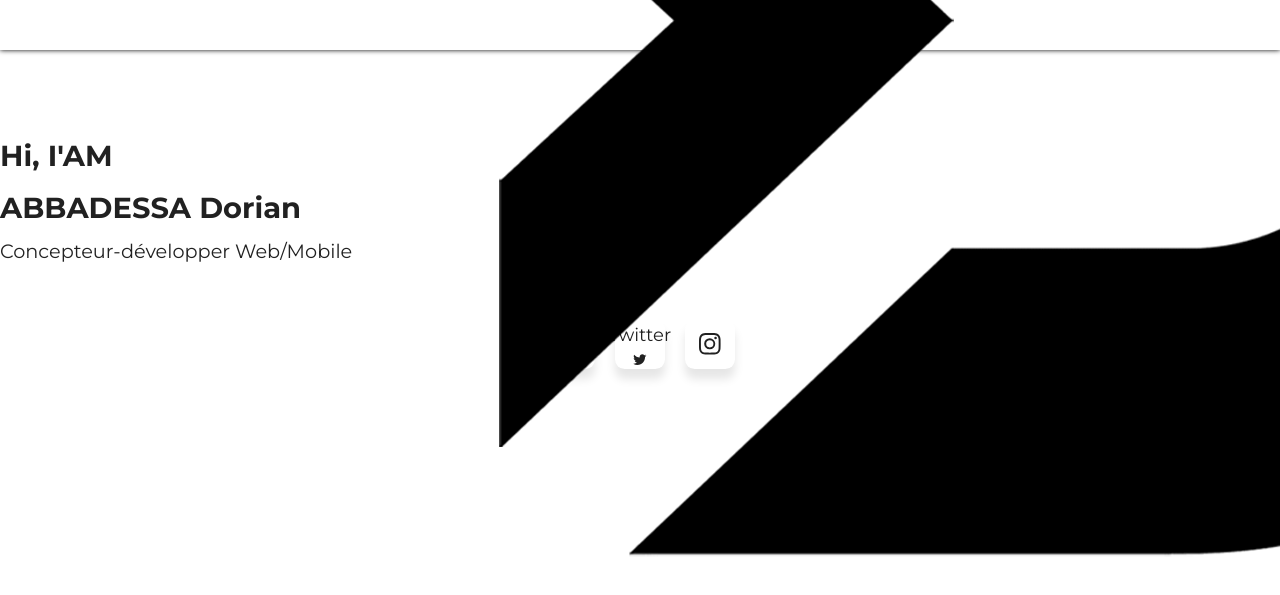
Repository: DorianABDS/Portfolio-ABBADESSA-Dorian
Page: index.html
These files come from the project's save history. The page is drawn as it stood at one moment and after the next save; the edit follows.
The browser window is 1280 px wide. The pictures show the window.
A layer covers the whole window, so only the first screen is drawn.

Above is the page before, as saved 2024-11-27 20:34:22.

### index.html
<!DOCTYPE html>
<html lang="fr">
<head>
    <meta charset="UTF-8">
    <meta name="viewport" content="width=device-width, initial-scale=1.0">
    <meta charset="UTF-8">
    <meta name="viewport" content="width=device-width, initial-scale=1.0">
    <meta name="keywords" content="Portfolio, ABBADESSA Dorian, Web developper">
    <title>ABBADESSA Dorian - Portfolio</title>
    <link rel="shortcute icon" href="/src/img/Logo Div.png">
    <link rel="stylesheet" href="style.css">
</head>
<body>
    <header class="header">
        <nav class="navbar">
            <a href="index.html" class="logo"><img src="/src/img/Logo plat Div noir.png" alt=""></a>
            <div class="nav-links">
                <ul>
                    <li><a href="index.html">Accueil</a></li>
                    <li><a href="articles.html">Articles</a></li>
                    <li><a href="apropos.html">À propos</a></li>
                    <li><a href="contact.html">Contact</a></li>
                </ul>
            </div>
            <img src="/src/img/bars-solid.svg" alt="menu hamburger" class="menu-hamburger">
        </nav>
        <!-- <div class="social">
            <a href="#" title="Facebook"><img src="/src/img/icone Github.png" alt=""></a>
            <a href="#" title="Twitter"><img src="src/img/icone Linkedin.png" alt=""></a>
        </div> -->
    </header>
    <main>
        <section class="accueil">
            <div class="container-accueil">
                <h2>Hi, I'AM</h2>
                <h1><span>ABBADESSA Dorian</span></h1>
                <p>Concepteur-développer Web/Mobile</p>
                <div class="social">
                    <ul class="wrapper">
                        <li class="icon facebook">
                          <span>Facebook</span>
                          <svg
                            viewBox="0 0 320 512"
                            height="1.2em"
                            fill="currentColor"
                            xmlns="http://www.w3.org/2000/svg"
                          >
                            <path
                              d="M279.14 288l14.22-92.66h-88.91v-60.13c0-25.35 12.42-50.06 52.24-50.06h40.42V6.26S260.43 0 225.36 0c-73.22 0-121.08 44.38-121.08 124.72v70.62H22.89V288h81.39v224h100.17V288z"
                            ></path>
                          </svg>
                        </li>
                        <li class="icon twitter">
                          <span>Twitter</span>
                          <svg
                            height="1.8em"
                            fill="currentColor"
                            viewBox="0 0 48 48"
                            xmlns="http://www.w3.org/2000/svg"
                            class="twitter"
                          >
                            <path
                              d="M42,12.429c-1.323,0.586-2.746,0.977-4.247,1.162c1.526-0.906,2.7-2.351,3.251-4.058c-1.428,0.837-3.01,1.452-4.693,1.776C34.967,9.884,33.05,9,30.926,9c-4.08,0-7.387,3.278-7.387,7.32c0,0.572,0.067,1.129,0.193,1.67c-6.138-0.308-11.582-3.226-15.224-7.654c-0.64,1.082-1,2.349-1,3.686c0,2.541,1.301,4.778,3.285,6.096c-1.211-0.037-2.351-0.374-3.349-0.914c0,0.022,0,0.055,0,0.086c0,3.551,2.547,6.508,5.923,7.181c-0.617,0.169-1.269,0.263-1.941,0.263c-0.477,0-0.942-0.054-1.392-0.135c0.94,2.902,3.667,5.023,6.898,5.086c-2.528,1.96-5.712,3.134-9.174,3.134c-0.598,0-1.183-0.034-1.761-0.104C9.268,36.786,13.152,38,17.321,38c13.585,0,21.017-11.156,21.017-20.834c0-0.317-0.01-0.633-0.025-0.945C39.763,15.197,41.013,13.905,42,12.429"
                            ></path>
                          </svg>
                        </li>
                        <li class="icon instagram">
                          <span class="tooltip">Instagram</span>
                          <svg
                            xmlns="http://www.w3.org/2000/svg"
                            height="1.2em"
                            fill="currentColor"
                            class="bi bi-instagram"
                            viewBox="0 0 16 16"
                          >
                            <path
                              d="M8 0C5.829 0 5.556.01 4.703.048 3.85.088 3.269.222 2.76.42a3.917 3.917 0 0 0-1.417.923A3.927 3.927 0 0 0 .42 2.76C.222 3.268.087 3.85.048 4.7.01 5.555 0 5.827 0 8.001c0 2.172.01 2.444.048 3.297.04.852.174 1.433.372 1.942.205.526.478.972.923 1.417.444.445.89.719 1.416.923.51.198 1.09.333 1.942.372C5.555 15.99 5.827 16 8 16s2.444-.01 3.298-.048c.851-.04 1.434-.174 1.943-.372a3.916 3.916 0 0 0 1.416-.923c.445-.445.718-.891.923-1.417.197-.509.332-1.09.372-1.942C15.99 10.445 16 10.173 16 8s-.01-2.445-.048-3.299c-.04-.851-.175-1.433-.372-1.941a3.926 3.926 0 0 0-.923-1.417A3.911 3.911 0 0 0 13.24.42c-.51-.198-1.092-.333-1.943-.372C10.443.01 10.172 0 7.998 0h.003zm-.717 1.442h.718c2.136 0 2.389.007 3.232.046.78.035 1.204.166 1.486.275.373.145.64.319.92.599.28.28.453.546.598.92.11.281.24.705.275 1.485.039.843.047 1.096.047 3.231s-.008 2.389-.047 3.232c-.035.78-.166 1.203-.275 1.485a2.47 2.47 0 0 1-.599.919c-.28.28-.546.453-.92.598-.28.11-.704.24-1.485.276-.843.038-1.096.047-3.232.047s-2.39-.009-3.233-.047c-.78-.036-1.203-.166-1.485-.276a2.478 2.478 0 0 1-.92-.598 2.48 2.48 0 0 1-.6-.92c-.109-.281-.24-.705-.275-1.485-.038-.843-.046-1.096-.046-3.233 0-2.136.008-2.388.046-3.231.036-.78.166-1.204.276-1.486.145-.373.319-.64.599-.92.28-.28.546-.453.92-.598.282-.11.705-.24 1.485-.276.738-.034 1.024-.044 2.515-.045v.002zm4.988 1.328a.96.96 0 1 0 0 1.92.96.96 0 0 0 0-1.92zm-4.27 1.122a4.109 4.109 0 1 0 0 8.217 4.109 4.109 0 0 0 0-8.217zm0 1.441a2.667 2.667 0 1 1 0 5.334 2.667 2.667 0 0 1 0-5.334z"
                            ></path>
                          </svg>
                        </li>
                      </ul>
                </div>
        </section>
        <section class="about-me">
            <div class="container-about-me">
                <h2>Présentation</h2>
                <h1><span>À propos de moi</span></h1>
            </div>
            <div class="card-me"></div>
            <div class="texte-about-me"><p>🌍 Étudiant en première année de <span>bachelor en développement web</span> à <span>LaPlateforme</span> à Martigues, étant très <span>créatif</span> et <span>optimiste</span>
              <br>
              🎯 Mon <span>objectif</span> est de rechercher une <span>alternance</span> dans le but de perfectionner mes <span>compétences techniques</span> en développement web et mobile, en vue de mettre en pratique ces compétences pour  concevoir des interfaces modernes, fonctionnelles et adaptées aux besoins des utilisateurs. J’ai pour <span>objectif</span> de devenir un <span>concepteur d’application web et mobile</span>.
              <br>
              🧠 J’aime partager mes <span>connaissances</span>, travailler sur tout type de <span>projets</span> ainsi que mener à bien les <span>missions</span> qui me sont <span>confiés</span>.
              <br>
              Bienvenue sur mon <span>portfolio</span>, je vous y invite et vous ouvres les portes de mon <span>univer</span>.
              </p></div>
        </section>
        <button>
            <svg
                width="24"
                height="24"
                viewBox="0 0 24 24"
                fill="none"
                xmlns="http://www.w3.org/2000/svg"
                >
                <path
                    d="M11 5C11 4.44772 11.4477 4 12 4C12.5523 4 13 4.44772 13 5V12.1578L16.2428 8.91501L17.657 10.3292L12.0001 15.9861L6.34326 10.3292L7.75748 8.91501L11 12.1575V5Z"
                    fill="currentColor"
                />
                <path
                    d="M4 14H6V18H18V14H20V18C20 19.1046 19.1046 20 18 20H6C4.89543 20 4 19.1046 4 18V14Z"
                    fill="currentColor"
                />
                </svg>
            télécharger mon cv
          </button>
    </div>
    </main>
</body>
<script>
    const menuHamburger = document.querySelector(".menu-hamburger")
    const navLinks = document.querySelector(".nav-links")

    menuHamburger.addEventListener('click',()=>{
    navLinks.classList.toggle('mobile-menu')
    })
</script>
</html>

### style.css
@font-face {
    font-family: "Montserrat";
    src: url(/src/font/Montserrat-VariableFont_wght.ttf);
}

* {
    margin: 0;
    padding: 0;
    text-decoration: none;
    list-style: none;
    box-sizing: border-box;

}

html, body {
    font-size: 19.3px;
    color: rgba(0, 0, 0, .87);
    background-color: #fff;
    font-family: "Montserrat", sans-serif;
    line-height: 1.8;
    font-weight: 400;
}

.navbar {
    background: rgb(255, 255, 255);
    box-shadow: 0 0 5px rgb(0, 0, 0);;
    top: 0;
    left: 0;
    height: 50px;
    width: auto;
    position: fixed;
    padding-left: 30px;
    padding-right: 61px;
    width: 100%;
    display: flex;
    justify-content: space-between;
    align-items: center;
    z-index: 100;
}

.navbar a {
    color: #292929;
    font-weight: 700;
    display: inline;
}

.navbar .nav-links ul li a::after {
    content: "";
    display: block;
    height: 2px;
    background: rgb(255, 255, 255);
    transform: scale(0);
    transition: transform 0.2s ease-in-out;
}

.navbar .nav-links ul li a:hover::after {
    transform: scale(1);
}

.navbar .logo {
    transform: none;
    font-weight: 700;
}

.navbar .nav-links ul {
    display: flex;
    align-items: center;
}

.navbar .nav-links ul li {
    display: flex;
    margin: 0 25px;
}

.navbar .nav-links ul li img {
    display: flex;
    padding: -20px;
    margin-left: -23px;
}

.navbar .menu-hamburger {
    display: none;
    position: absolute;
    top: 8px;
    right: 30px;
    width: 30px;
}

.accueil {
    padding-top: 80px;
    margin-top: 50px;
    width: 100%;
    height: 100vh;
}

button {
    border: none;
    display: flex;
    margin-right: 20px;
    padding: 0.75rem 1.5rem;
    background: linear-gradient(90deg, rgba(255,50,50,1) 0%, rgba(255,136,0,1) 100%);
    color: #ffffff;
    font-size: 0.75rem;
    line-height: 1rem;
    font-weight: 700;
    text-align: center;
    cursor: pointer;
    text-transform: uppercase;
    vertical-align: middle;
    align-items: center;
    border-radius: 0.5rem;
    user-select: none;
    gap: 0.75rem;
    box-shadow:
      0 4px 6px -1px #488aec31,
      0 2px 4px -1px #488aec17;
    transition: all 0.6s ease;
  }

  button:hover {
    box-shadow:
      0 10px 15px -3px #488aec4f,
      0 4px 6px -2px #488aec17;
  }

  button:focus,
  button:active {
    opacity: 0.85;
    box-shadow: none;
  }

  button svg {
    width: 1.25rem;
    height: 1.25rem;
  }

.about-me {
    display: flex;
    justify-content: center;
    text-align: center;
  }

  .wrapper {
    display: inline-flex;
    list-style: none;
    width: 100%;
    padding-top: 40px;
    font-family: "Montserrat", sans-serif;
    justify-content: center;
  }

  .wrapper .icon {
    position: relative;
    background: #fff;
    border-radius: 0.5rem;
    margin: 10px;
    width: 50px;
    height: 50px;
    font-size: 18px;
    display: flex;
    justify-content: center;
    align-items: center;
    flex-direction: column;
    box-shadow: 0 10px 10px rgba(0, 0, 0, 0.1);
    cursor: pointer;
    transition: all 0.2s cubic-bezier(0.68, -0.55, 0.265, 1.55);
  }

  .wrapper .tooltip {
    position: absolute;
    top: 0;
    font-size: 14px;
    background: #fff;
    color: #fff;
    padding: 5px 8px;
    border-radius: 5px;
    box-shadow: 0 10px 10px rgba(0, 0, 0, 0.1);
    opacity: 0;
  }

  .wrapper .facebook:hover,
  .wrapper .facebook:hover .tooltip,
  .wrapper .facebook:hover .tooltip::before {
    background: #1877f2;
    color: #fff;
  }

  .wrapper .twitter:hover,
  .wrapper .twitter:hover .tooltip,
  .wrapper .twitter:hover .tooltip::before {
    background: #1da1f2;
    color: #fff;
  }

  .wrapper .instagram:hover,
  .wrapper .instagram:hover .tooltip,
  .wrapper .instagram:hover .tooltip::before {
    background: #e4405f;
    color: #fff;
  }

@media  screen and (max-width: 814px) {
    html, body {
        padding: 0 20px;
    }

    .navbar .menu-hamburger {
        display: block;
    }

    .nav-links.mobile-menu {
        margin-left: 0;
    }

    .navbar {
        padding: 0;
    }

    .navbar .logo {
        padding-left: 20px;
    }

    .navbar .logo img {
        display: flex;
        align-items: center;
        width: 50px;
    }

    .nav-links {
        position: absolute;
        background-color: #ffffff90;
        backdrop-filter: blur(8px);
        top: 0;
        left: 0;
        width: 100%;
        height: 100vh;
        display: flex;
        justify-content: center;
        align-items: center;
        margin-left: 100%;
        transition: all 0.5s ease;
    }

    .nav-links ul {
        display: flex;
        flex-direction: column;
        align-items: center;
    }

    .navbar .nav-links ul li {
        margin: 15px 0;
        font-size: 1.2em;
    }

    .accueil {
        height: 100%;
    }

    .accueil h2 {
        font-size: 22px;
        font-weight: 600;
        color: #292929;
    }

    .accueil h1 {
        display: inline-block;
        line-height: 100%;
        font-size: 40px;
        letter-spacing: -2px;
        font-weight: 800;
        background: linear-gradient(90deg, rgba(255,50,50,1) 0%, rgba(255,136,0,1) 100%);
        -webkit-background-clip: text;
        -webkit-text-fill-color: transparent;
    }

    .accueil p {
        height: 80px;
        line-height: 150%;
        margin-bottom: 80px;
    }

    .social {
        display: flex;
        justify-content: center;
    }

    .social a {
        display: flex;
        justify-content: center;
        margin: 0 10px;
        width: 30px;
    }

    .container-about-me h1 {
        font-size: 12;
        background: linear-gradient(90deg, rgba(255,50,50,1) 0%, rgba(255,136,0,1) 100%);
        -webkit-background-clip: text;
        -webkit-text-fill-color: transparent;
    }

    .container-about-me h2 {
        line-height: 5px;
        font-size: 16px;
    }

    .about-me {
        height: 100%;
        display: flex;
        align-items: center;
        flex-direction: column;
        padding-top: 300px;
    }

    .card-about-me {
        box-sizing: border-box;
        width: 300px;
        height: 500px;
        background: rgba(217, 217, 217, 0.58);
        border: 1px solid white;
        box-shadow: 12px 17px 51px rgba(0, 0, 0, 0.22);
        backdrop-filter: blur(6px);
        border-radius: 0.5rem;
        text-align: center;
        cursor: pointer;
        transition: all 0.5s;
        display: flex;
        align-items: center;
        justify-content: center;
        user-select: none;
        font-weight: bolder;
        color: black;
    }

    .about-me p {
        margin-top: 30px;
        text-align: start;

    }

    .about-me p span {
        margin-top: 30px;
        background: linear-gradient(90deg, rgba(255,50,50,1) 0%, rgba(255,136,0,1) 100%);
        -webkit-background-clip: text;
        -webkit-text-fill-color: transparent;
    }

    .wrapper {
        padding-top: 0;
    }

    button {
        margin-top: 30px;
    }
}

### src/img/bars-solid.svg
<svg xmlns="http://www.w3.org/2000/svg" viewBox="0 0 448 512" fill="#353535"><!--!Font Awesome Free 6.7.0 by @fontawesome - https://fontawesome.com License - https://fontawesome.com/license/free Copyright 2024 Fonticons, Inc.--><path d="M0 96C0 78.3 14.3 64 32 64l384 0c17.7 0 32 14.3 32 32s-14.3 32-32 32L32 128C14.3 128 0 113.7 0 96zM0 256c0-17.7 14.3-32 32-32l384 0c17.7 0 32 14.3 32 32s-14.3 32-32 32L32 288c-17.7 0-32-14.3-32-32zM448 416c0 17.7-14.3 32-32 32L32 448c-17.7 0-32-14.3-32-32s14.3-32 32-32l384 0c17.7 0 32 14.3 32 32z"/></svg>

After the next save:
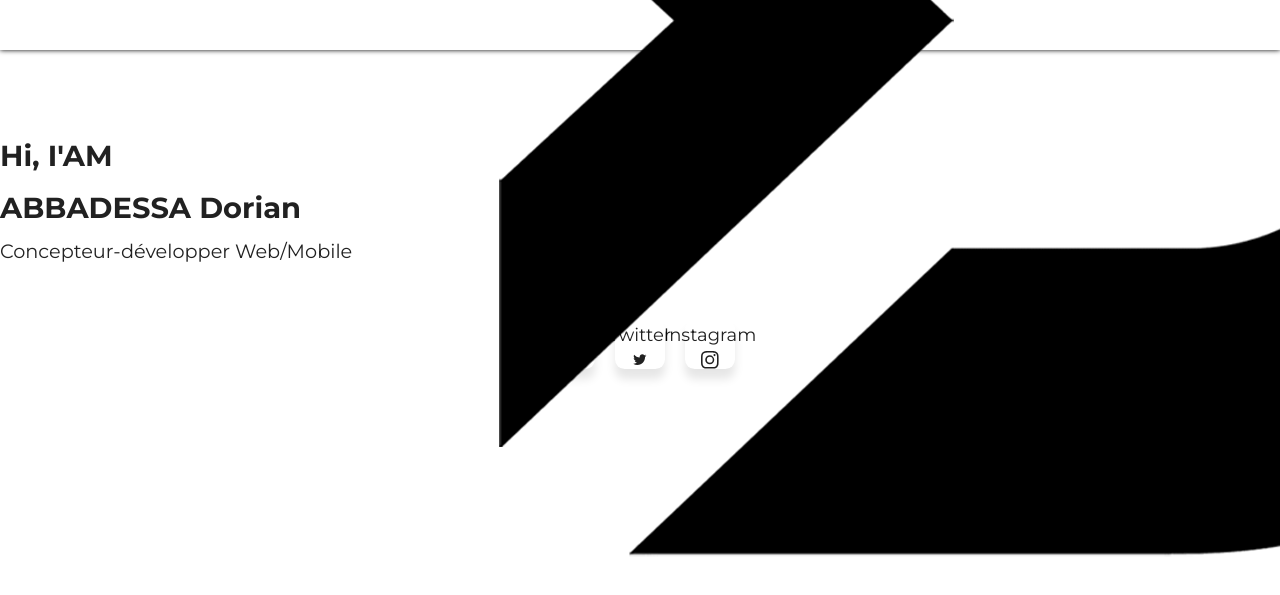
Saved 6 s later.
--- a/index.html
+++ b/index.html
@@ -65,7 +65,7 @@
                           </svg>
                         </li>
                         <li class="icon instagram">
-                          <span class="tooltip">Instagram</span>
+                          <span>Instagram</span>
                           <svg
                             xmlns="http://www.w3.org/2000/svg"
                             height="1.2em"
